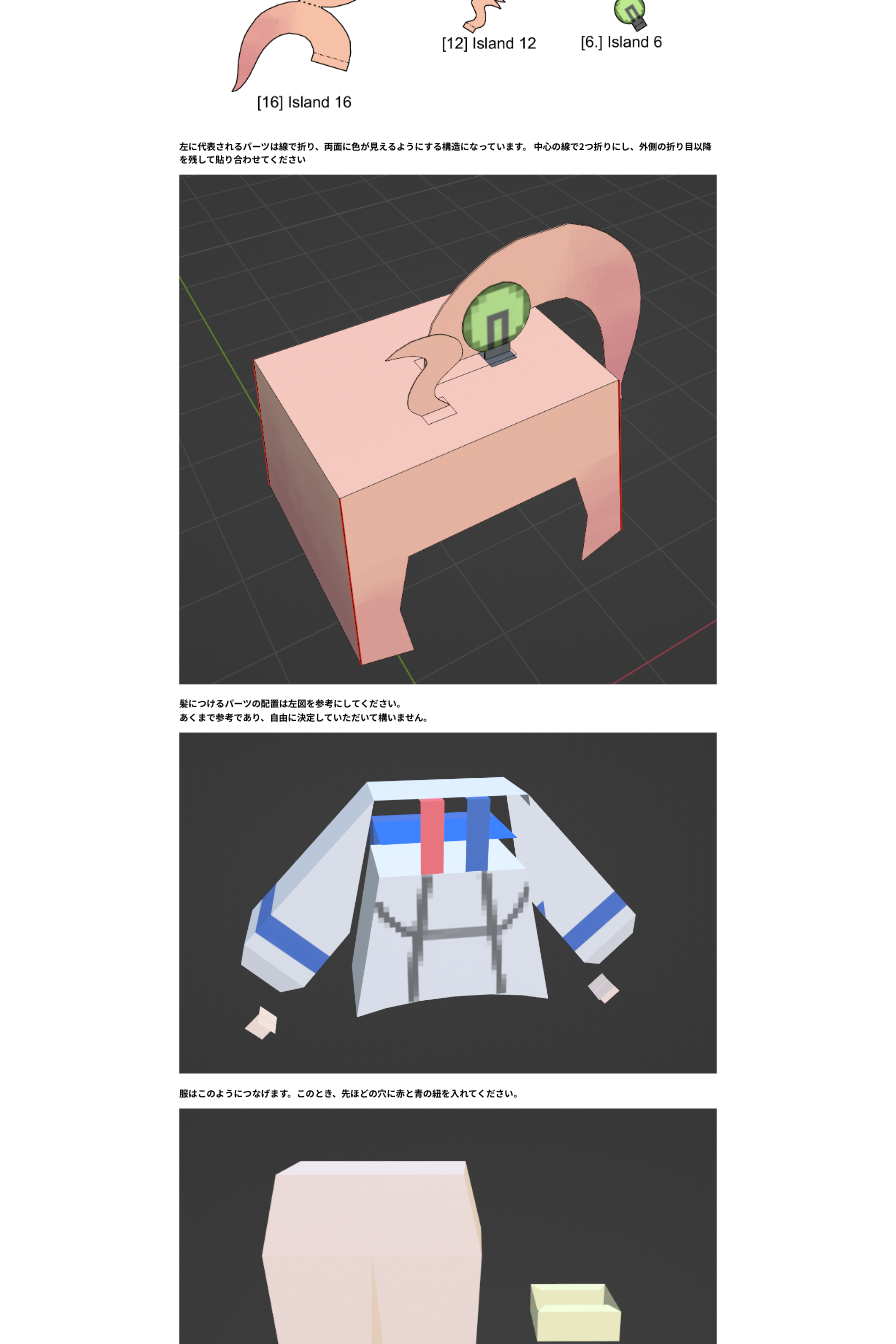
Repository: tdu-src/3D2024_asahisai
Page: html/Memori.html
The author's editor kept a copy of each file at every save. The page is drawn from the files as they stood at one save, then again after the next save.
The browser window is 1280 px wide. The pictures show the part of the page from y = 3551 to 5471 px (the page is 6029 px tall before and 6021 px after), at 70% of full size.
Some web fonts or font styles are not loaded; a fallback is used.

Above is the page before, as saved 2024-10-30 22:49:36.

### html/Memori.html
<!doctype html>
<html lang="ja">
    <head>
        <meta charset="UTF-8">
        <meta name="viewport" content="width=device-width">
        <title>ソフきゃら！特設サイト</title>
        <link rel="icon" href="../images/favicon.svg" type="image/svg+xml">
        <link res="stylesheet" href="https://unpkg.com/ress/dist/ress.min.css">
        <link href="../css/style.css" rel="stylesheet">
        <link href="../css/char.css" rel="stylesheet">
        <!---------------font data--------------->
            <!--Passion one-->
        <link rel="preconnect" href="https://fonts.googleapis.com">
        <link rel="preconnect" href="https://fonts.gstatic.com" crossorigin>
        <link href="https://fonts.googleapis.com/css2?family=Passion+One:wght@400;700;900&display=swap" rel="stylesheet">
            <!--Noto Sans Japanese-->
        <link rel="preconnect" href="https://fonts.googleapis.com">
        <link rel="preconnect" href="https://fonts.gstatic.com" crossorigin>
        <link href="https://fonts.googleapis.com/css2?family=Noto+Sans+JP:wght@100..900&family=Passion+One:wght@400;700;900&display=swap" rel="stylesheet">
            <!--Public Sans-->
        <link rel="preconnect" href="https://fonts.googleapis.com">
        <link rel="preconnect" href="https://fonts.gstatic.com" crossorigin>
        <link href="https://fonts.googleapis.com/css2?family=Noto+Sans+JP:wght@100..900&family=Passion+One:wght@400;700;900&family=Public+Sans:ital,wght@0,100..900;1,100..900&display=swap" rel="stylesheet">
    </head>
    <body>
        <header>
            <div class="header-content-wrapper">
                <div>
<!--------------------ソフ研アイコン-------------------->
                    <div class="header-content">
                        <svg class="src-icon" xmlns="http://www.w3.org/2000/svg" viewBox="0 0 647.76 403.25">
                            <g>
                                <path d="M324,24.3s-117.82-52.05-209.1-3.79C28.83,66.02-1.49,142.38.06,199.94c2.14,79.54,39.77,124.56,80.39,159.85,37.15,32.27,142.79,70.6,243.55,16.05v-59.09c-45.45,34.72-130.2,44.5-183.34,17.42-53.59-27.3-84.85-71.97-85.61-127.28-.76-55.31,25.05-101.96,66.72-129.24,41.67-27.27,115.87-39.48,202.24,4.23V24.3Z"/>
                                <path d="M197.67,142.11c-11.68-20.21-55.55-28.04-69.32-3.03-15.44,28.05,2.83,47.13,20.56,55.39,17.56,8.19,41.3,17.97,33.8,42.15-7.17,23.09-43.61,16.7-50.57-9.09l-16.48,4.55c1.61,6.91,15.53,38.26,43.37,37.88,27.84-.38,40.01-17.18,42.62-39.02,3.03-25.38-19.14-40.02-36.19-47.79-17.05-7.77-34.32-18.16-21.39-35.36,9.13-12.15,34.97-3.69,40.53,6.63l13.07-12.31Z"/>
                                <path d="M255.98,127.47l-29.02.16v138.03h16.22v-57.01h4.44l35.68,57.01h19.32l-37.83-59.43s35.6-4.76,35.41-39.97c-.12-21.89-19.8-38.64-44.22-38.79h0ZM247.21,143.9c20.48.24,35.47,5.28,35.1,24.48-.38,19.92-17.12,24.85-39.12,24.66v-49.13c1.41-.02,2.66-.03,4.02-.01h0Z"/>
                                <path d="M360.05,109.81c-4.79-8.28-23.3-10.83-29.51-1.53-7.29,10.92,1.16,19.32,8.43,22.71,7.2,3.36,18.77,7.45,14.96,17.03-3.67,9.21-19.22,7.05-22.07-3.53l-6.75,1.86c.66,2.83,6.28,14.37,17.69,14.77,11.61.41,17.9-6.09,18.97-15.04,1.24-10.41-5.97-15.54-16.44-19.92-7.08-2.97-13.6-7.45-8.57-14.36,3.67-5.04,15.33-1.98,18.37,2.29l4.93-4.28Z"/>
                                <path d="M389.07,122.8c-10.48,0-18.98,8.5-18.98,18.98h0c0,10.48,8.5,18.98,18.98,18.98h0c10.48,0,18.98-8.5,18.98-18.98h0c0-10.48-8.5-18.98-18.98-18.98h0ZM389.34,129.45c6.59,0,11.92,5.34,11.92,11.92,0,6.58-5.34,11.92-11.92,11.92-6.58,0-11.92-5.34-11.92-11.92,0-6.59,5.34-11.92,11.92-11.92h0Z"/>
                                <path d="M432.34,102.2c-6.68-.06-11.12,5.6-11.01,9.73.04,1.59.05,6.3.05,11.97h-6.76v5.98h6.76c0,13.8-.05,30.08-.05,30.08h6.84v-30.08h10.45v-5.98h-10.45v-10.36c-.4-5.7,8.52-5.1,10.26-2.95v-6.84c-2.17-1.07-4.22-1.54-6.09-1.55h0Z"/>
                                <path d="M454.37,113.47v10.43h-5.98v6.26h5.98v29.69h6.55v-29.69h7.59v-6.26h-7.59v-10.43h-6.55Z"/>
                                <path d="M474.48,123.5l16.76,35.89,9.94-21.92,9.75,21.92,16.95-35.89h-5.97l-10.61,23.01-10.23-23.01s-9.66,23.2-10.04,23.01c-.38-.19-10.98-23.01-10.98-23.01h-5.59Z"/>
                                <path d="M548.22,123.52c-9.3,0-16.83,8.37-16.83,18.69,0,10.32,7.54,18.68,16.83,18.69,5.81,0,11.21-3.34,14.28-8.82v7.68h6.64v-35.76h-6.64v8.33c-3.07-5.47-8.47-8.8-14.28-8.8ZM551.18,129.02c6.7-.02,12.15,5.69,12.17,12.78,0,7.09-5.43,12.82-12.13,12.83s-12.14-5.72-12.15-12.78c-.01-7.07,5.41-12.81,12.11-12.83h0Z"/>
                                <path d="M602.37,123.49c-6.3-.1-9.16,1.97-12.93,9.43v-8.93h-6.74v35.67h6.74v-21.36c2.72-5.76,6.84-9.87,12.58-7.85l1.68-6.91-1.32-.05h0Z"/>
                                <path d="M629.11,123.07c-11.78,0-18.22,8.9-18.22,18.97,0,8.65,6,17.98,18.55,17.98,8.28,0,12.34-3.92,15.33-7.05l-4.4-3.89c-2.28,3.32-8.5,7.02-16.8,3.74-6.53-2.58-6.95-10.18-6.95-10.18h31.12c0-7.11-5.07-19.58-18.64-19.58h0ZM629.08,129.12c6.36,0,11.29,6.36,11.29,8.35h-23.14c0-3.89,5.5-8.35,11.86-8.35Z"/>
                                <path d="M341.58,172.18l-12.54.07v55.16h7.01v-22.78h1.92l15.42,22.78h8.35l-16.34-23.75s15.38-1.9,15.3-15.97c-.05-8.74-8.55-15.44-19.11-15.5h0ZM337.78,178.74c8.85.1,15.32,2.11,15.17,9.78-.16,7.96-7.4,9.93-16.9,9.86v-19.63h1.74s0,0,0,0Z"/>
                                <path d="M386.91,190.98c-11.78,0-18.22,8.9-18.22,18.98,0,8.65,6,17.98,18.55,17.98,8.28,0,12.34-3.92,15.33-7.05l-4.4-3.89c-2.28,3.32-8.5,7.02-16.79,3.74-6.53-2.58-6.95-10.18-6.95-10.18h31.12c0-7.11-5.07-19.58-18.64-19.58h0ZM386.88,197.03c6.36,0,11.29,6.35,11.29,8.35h-23.14c0-3.89,5.5-8.35,11.86-8.35Z"/>
                                <path d="M434.81,195.46c-3.23-5.18-14.98-7.37-20.02-.42-4.93,6.81.5,12.39,5.77,14.89,4.78,2.26,11.12,4.12,8.94,9.03-1.97,4.44-8.12,3.84-12.79.07l-5.31,2.4c3.29,3.38,6.97,6.11,11.63,6.11,7.82,0,12.06-3.8,12.78-9.4.84-6.5-4.03-9.71-11.08-12.45-4.77-1.85-7.09-4.65-4.84-7.44,2.52-3.11,9.05-1.45,11.1,1.22l3.8-4.01Z"/>
                                <path d="M463.1,191.24c-11.78,0-18.22,8.9-18.22,18.98,0,8.65,6,17.98,18.55,17.98,8.28,0,12.34-3.92,15.33-7.05l-4.4-3.89c-2.28,3.32-8.5,7.02-16.79,3.75-6.53-2.58-6.95-10.18-6.95-10.18h31.12c0-7.11-5.07-19.58-18.65-19.58h0ZM463.07,197.29c6.36,0,11.29,6.35,11.29,8.35h-23.14c0-3.89,5.5-8.35,11.86-8.35h0Z"/>
                                <path d="M506.35,191.3c-9.3,0-16.84,8.37-16.84,18.68,0,10.32,7.54,18.69,16.83,18.69h0c5.81,0,11.21-3.34,14.28-8.82v7.69h6.64v-35.76h-6.64v8.32c-3.07-5.47-8.47-8.79-14.28-8.8h0ZM509.31,196.8c6.7-.02,12.15,5.69,12.17,12.78,0,7.09-5.43,12.82-12.13,12.83s-12.14-5.72-12.15-12.79,5.41-12.81,12.11-12.83h0Z"/>
                                <path d="M563.15,191.91c-6.3-.1-9.16,1.97-12.94,9.44v-8.93h-6.74v35.66h6.74v-21.36c2.72-5.76,6.84-9.87,12.58-7.86l1.68-6.91-1.32-.05h0Z"/>
                                <path d="M602.96,193s-10.49-4.78-18.62-.35c-7.66,4.18-10.37,11.19-10.23,16.48.19,7.3,3.54,11.44,7.16,14.68,3.31,2.97,12.65,6.48,21.62,1.47l.07-7.84c-4.71,3.09-11.91,5.42-16.33,2.4-5.04-3.44-6.22-5.68-6.55-10.75-.26-3.94,2.36-7.89,6.07-10.4s9.05-2.15,16.87,1.59l-.07-7.29Z"/>
                                <path d="M613.56,171.09v56.12h7.37v-19.22c0-3.88,2.41-11.79,9.37-11.79s7.5,6.16,7.5,9.24v21.76h7.1v-25.39c-.14-3.5-3.71-11.37-11.65-11.37s-12.46,6.96-12.46,6.96v-26.32h-7.23Z"/>
                                <path d="M367.73,242.62s-17.21-7.6-30.54-.55c-12.57,6.65-17,17.8-16.78,26.21.31,11.62,5.81,18.2,11.74,23.35,5.43,4.71,20.75,10.31,35.46,2.34l.11-8.63c-6.64,5.07-19.02,6.5-26.78,2.55-7.83-3.99-12.39-10.51-12.51-18.59-.11-8.08,3.66-14.89,9.75-18.88,6.09-3.98,17.04-5.77,29.65.62l-.11-8.41Z"/>
                                <path d="M382.4,240.13h7.23v55.98h-7.23v-55.98Z"/>
                                <path d="M406.2,260.96v23.11c0,6.17,6.06,13.16,14.96,13.16,9.75,0,15.72-6.99,15.72-12.5v-23.77h-7.01v22.63c0,3.23-3.98,7.67-8.43,7.67s-8.62-3.31-8.62-7.77v-22.54h-6.63Z"/>
                                <path d="M446.88,240.82v56.09h6.87v-7.68c3.17,5.48,8.88,7.87,14.89,7.88,9.61,0,17.27-7.43,17.27-17.74s-7.79-18.69-17.41-18.69c-6,0-11.58,3.33-14.76,8.8v-28.66h-6.86ZM465.44,266.18c6.93.02,12.53,5.76,12.52,12.83-.01,7.07-5.63,12.79-12.56,12.78-6.93,0-12.54-5.74-12.54-12.83.02-7.09,5.66-12.8,12.58-12.78h0Z"/>
                            </g>
                        </svg>
                    </div>
<!--------------------タイトル-------------------->
                    <div class="header-content">
                        <div class="title-wrapper">
                            <h1 class="title">ソフきゃら！ペパクラ</h1>
                        </div>
                    </div>
                </div>
<!--------------------外部リンク-------------------->
                <div>
                    <div class="header-content" id="display-width-big">
                        <div class="ex-site-link-wrapper">
                            <h4 class="ex-site-link">
                                <a href="https://tdu-src.com/">ソフトウェア研究部公式サイト</a>
                            </h4>
                            <h4 class="ex-site-link">
                                <a href="https://sofcharaproject.wixsite.com/official">ソフきゃら！公式サイト</a>
                            </h4>
                        </div>
                    </div>
                    <div class="header-content" id="display-width-small">
                        <nav>
                            <input id="menu-toggle" type="checkbox" />
                            <label class="menu-btn" for="menu-toggle">
                                <span>
                                    <div></div>
                                </span>
                            </label>
                            <div class="empty-item"></div>
                            <ul class="menu-box">
                            <li class="menu-item" id="first-item"><a href="https://tdu-src.com/" class="hidden-item">ソフトウェア研究部公式サイト</a></li>
                            <li class="menu-item"><a href="https://sofcharaproject.wixsite.com/official" class="hidden-item">ソフきゃら！公式サイト</a></li>
                            </ul>
                        </nav>
                    </div>
                </div>
            </div>
        </header>
        <main>
<!--------------------メインページ遷移-------------------->
            <section id="return-prepage">
                <h3 class="paragraph-content">
                    <a href="../index.html">&lt; トップページに戻る</a>

                    </h3>
            </section>
<!--------------------作品概要+ダウンロードリンク-------------------->
            <section class="explain-content-wrapper" id="explain-content-first">
                <h2 class="paragraph-title">ペーパークラフトダウンロード</h2>
                <div class="explain-content">
                    <div id="download-image">
                        <img src="../images/papercraft/Memori.png" alt="紀井めもりのペーパークラフト" class="big-height">
                    </div>
                    <div>
                        <div class="explain-content-sentence">
                            <h3 class="paragraph-content">
                                キャラクター名：紀井めもり
                            </h3>
                            <h3 class="paragraph-content">
                                制作難易度：★★
                            </h3>
                            <h3 class="paragraph-content">
                                ペーパークラフト設計者：とぅな
                            </h3>
                            <h3 class="paragraph-content" id="download-content">
                                <a href="../images/pdf-data/Memori.pdf" download="Memori.pdf" id="download-button">ダウンロード</a>
                            </h3>
                        </div>
                    </div>
                </div>
            </section>
<!--------------------組み立て説明-------------------->
            <section class="explain-content-wrapper">
                <h2 class="paragraph-title">組み立て方</h2>
                <div class="explain-content">
                    <div>
                        <img src="../images/description/all/1.png" alt="ペーパクラフトの組み立て方1" class="big-height">
                    </div>
                    <div>
                        <div class="explain-content-sentence">
                            <h3 class="paragraph-content">
                                ひとつのパーツは基本的に独立しており、
                                のりしろの数字と外側の矢印の番号がつながります。
                            </h3>
                        </div>
                    </div>
                </div>
                <div class="explain-content">
                    <div>
                        <img src="../images/description/all/2.png" alt="ペーパクラフトの組み立て方2" class="big-width">
                    </div>
                    <div>
                        <div class="explain-content-sentence">
                            <h3 class="paragraph-content">
                                稀に左の図のような"16:3"といった記述がありますが、
                                そのときは、左の数字(この例では16)のアイランドの中の右(この例では3)の数字が付けるべき場所になります。
                            </h3>
                        </div>
                    </div>
                </div>
                <div class="explain-content">
                    <div>
                        <img src="../images/description/Memori/1.png" alt="紀井めもりのパーツの分類図" class="big-width">
                    </div>
                    <div>
                        <div class="explain-content-sentence">
                            <h3 class="paragraph-content">
                                それぞれのパーツはpdfページごとに大きく分類されています。<br>
                                1ページ目から順に、下半身, 上半身, 頭部となっています。<br>
                                このとき、アイランド11は赤の囲い内にある黒い実線に切り込みを入れるようにしてください。
                            </h3>
                        </div>
                    </div>
                </div>
                <div class="explain-content">
                    <div>
                        <img src="../images/description/Memori/2.png" alt="桟橋セリフのパーツの説明" class="big-width">
                    </div>
                    <div>
                        <div class="explain-content-sentence">
                            <h3 class="paragraph-content">
                                左に代表されるパーツは線で折り、両面に色が見えるようにする構造になっています。
                                中心の線で2つ折りにし、外側の折り目以降を残して貼り合わせてください<br>
                            </h3>
                        </div>
                    </div>
                </div>
                <div class="explain-content">
                    <div>
                        <img src="../images/description/Memori/3.png" alt="紀井めもりの髪の結合図" class="big-width">
                    </div>
                    <div>
                        <div class="explain-content-sentence">
                            <h3 class="paragraph-content">
                                髪につけるパーツの配置は左図を参考にしてください。<br>
                                あくまで参考であり、自由に決定していただいて構いません。
                            </h3>
                        </div>
                    </div>
                </div>
                <div class="explain-content">
                    <div>
                        <img src="../images/description/Memori/4.png" alt="紀井めもりの上半身の結合図" class="big-width">
                    </div>
                    <div>
                        <div class="explain-content-sentence">
                            <h3 class="paragraph-content">
                                服はこのようにつなげます。このとき、先ほどの穴に赤と青の紐を入れてください。
                            </h3>
                        </div>
                    </div>
                </div>
                <div class="explain-content">
                    <div>
                        <img src="../images/description/Memori/5.png" alt="紀井めもりの足の結合図" class="big-width">
                    </div>
                    <div>
                        <div class="explain-content-sentence">
                            <h3 class="paragraph-content">
                                足は靴と靴下, 靴下の折り目が付きます。
                                左図のようにできたらすべてのパーツを組み合わせて完成です。
                            </h3>
                        </div>
                    </div>
                </div>
            </section>
        </main>
        <footer>
<!--------------------各種リンク-------------------->
            <div class="footer-content">
                <div class="sns-links">
                    <a href="https://x.com/sofken_tdu">
                        <svg class="sns-icon" viewBox="0 0 1200 1227" xmlns="http://www.w3.org/2000/svg" aria-hidden="true" role="none" class="u01b__icon-home">
                            <g><path d="M714.163 519.284L1160.89 0H1055.03L667.137 450.887L357.328 0H0L468.492 681.821L0 1226.37H105.866L515.491 750.218L842.672 1226.37H1200L714.137 519.284H714.163ZM569.165 687.828L521.697 619.934L144.011 79.6944H306.615L611.412 515.685L658.88 583.579L1055.08 1150.3H892.476L569.165 687.854V687.828Z"></path></g>
                        </svg>
                    </a>
                    <a href="https://tdu-src.com/">
                        <svg id="mid-icon" class="sns-icon" viewBox="0 0 150 150" xmlns="http://www.w3.org/2000/svg" aria-hidden="true" role="none" class="u01b__icon-home">
                            <g>
                                <path d="M114.565 8.844s-41.564-18.363-73.766-1.336c-30.362 16.054-41.061 42.992-40.514 63.297.756 28.061 14.03 43.943 28.36 56.391 13.107 11.385 50.374 24.905 85.92 5.661v-20.847c-16.035 12.248-45.931 15.698-64.679 6.147-18.905-9.631-29.934-25.391-30.201-44.901-.267-19.511 8.836-35.971 23.536-45.592 14.7-9.622 40.876-13.928 71.345 1.493z" stroke-width=".529"></path>
                                <path d="M69.998 50.404c-4.119-7.128-19.597-9.893-24.455-1.069-5.448 9.895.999 16.625 7.252 19.542 6.196 2.89 14.571 6.339 11.925 14.869-2.528 8.147-15.384 5.893-17.84-3.207l-5.813 1.604c.568 2.438 5.479 13.497 15.301 13.363 9.822-.134 14.114-6.061 15.034-13.764 1.069-8.954-6.753-14.118-12.767-16.858-6.014-2.74-12.106-6.408-7.546-12.475 3.221-4.285 12.336-1.3 14.299 2.339z" stroke-width=".529"></path>
                                <path d="M90.57 45.24l-10.237.057v48.694h5.722v-20.112h1.565l12.588 20.112h6.814l-13.344-20.964s12.56-1.679 12.493-14.101c-.042-7.721-6.985-13.632-15.6-13.686zm-3.096 5.797c7.224.085 12.513 1.862 12.384 8.637-.134 7.027-6.039 8.767-13.802 8.7v-17.333c.498-.008.937-.01 1.419-.005z" stroke-width="0.53"></path>
                            </g>
                        </svg>
                    </a>
                    <a href="mailto:softwareresearchclub◎gmail.com">
                        <svg class="sns-icon" xmlns="http://www.w3.org/2000/svg"viewBox="0 0 18 14.324">
                            <g>
                                <defs>
                                <style>
                                    .cls-1 {
                                    fill-rule: evenodd;
                                    }
                                </style>
                                </defs>
                                <path id="mail-2" data-name="mail" class="cls-1" d="M3.01,5.838a1,1,0,0,1,1-1H20a1,1,0,0,1,1,1V17.162a2,2,0,0,1-2,2H5a2,2,0,0,1-2-2v-11a1.008,1.008,0,0,1,.01-.14ZM5,8.062v9.1H19v-9.1l-4.878,4.879a3,3,0,0,1-4.243,0ZM6.572,6.806H17.428l-4.721,4.721a1,1,0,0,1-1.414,0Z" transform="translate(-3 -4.838)"/>
                            </g>
                        </svg>
                    </a>
                </div>
            </div>
<!--------------------コピーライト表記-------------------->
            <div class="footer-content" id="cpyright">
                &copy;2024- TDU Software Research Club
            </div>
        </footer>
    </body>
</html>

### css/char.css
@charset "UTF-8";
footer {
  bottom: auto;
}
main {
  width: 100%;
  display: inline-block;
  align-content: space-around;
}
h2 {
  font-size: calc((0.8vw + 6px) * 1.2);
}
h3 {
  font-size: calc((0.8vw + 6px) * 0.8);
}
section {
  margin: 0 20vw;
}
#download-image {
  display: block;
  align-items: center;
}
.big-height {
  width: auto;
  height: 100%;
}
.big-width {
  width: 100%;
  height: auto;
}
.block {
  width: 60vw;
  margin-top: 2.5em;
  display: inline-block;
  align-content: space-around;
}
#block-first {
  margin-top: 0;
}
.block-content {
  display: flex;
  margin-top: 2em;
  gap: 10%;
}
.block-content > div {
  position: relative;
  width: 45%;
  height: 0;
  padding-top: 45%;
  overflow: hidden;
}
.block-content > div > img {
  position: absolute;
  top: 50%;
  left: 50%;
  transform: translate(-50%, -50%);
  -webkit-transform: translate(-50%, -50%);
  -ms-transform: translate(-50%, -50%);
}
.block-content > div > div {
  position: absolute;
  top: 0;
  bottom: 0;
  left: 0;
  right: 0;
}
.block-content > div > h3 {
  text-align: justify;
}
.wrapper {
  display: inline;
  align-content: center;
  overflow: auto;
}
@media (max-width: 550px) {
  .block-content {
    display: block;
    width: 100%;
    justify-items: center;
  }
  .block-content > div {
    width: 80%;
    padding-top: 80%;
  }
  h3 {
    font-size: calc((0.8vw + 6px));
  }
  .block-content > div:nth-of-type(2) {
    padding-top: 60%;
  }
}
#download-content {
  margin-top: 3em;
}
#download-button {
  box-shadow: 2px 2px 4px gray;
  padding: 1em 2em;
  background-image: linear-gradient(60deg, #222, #444);
  border-radius: 1em;
  color: #fff;
}
#download-button:hover {
  box-shadow: 0px 0px 1px gray;
}

Loaded but not shown: css/style.css (611 lines, source omitted)

After the next save:
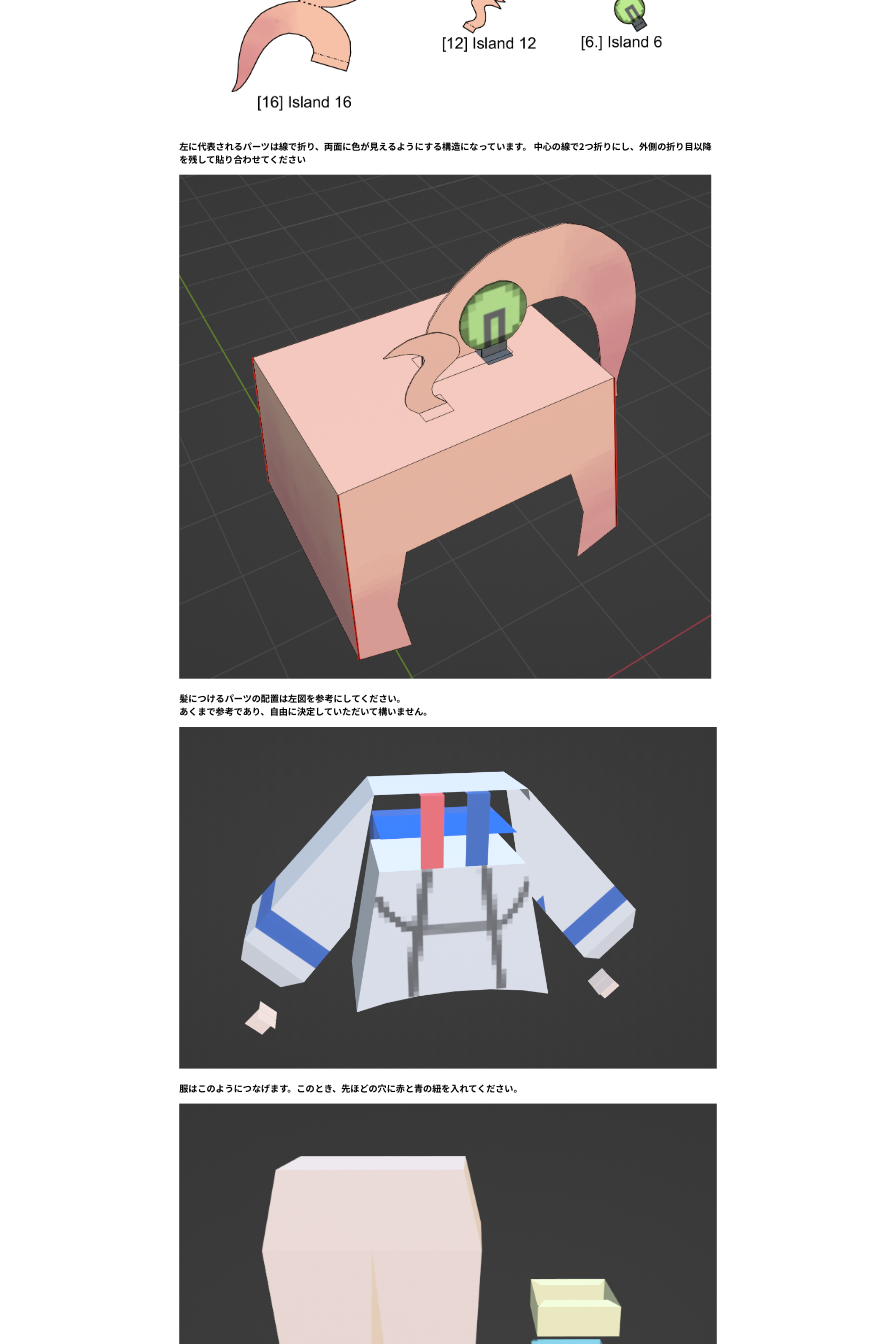
Saved 31 s later.
--- a/html/Memori.html
+++ b/html/Memori.html
@@ -184,7 +184,7 @@
                 </div>
                 <div class="explain-content">
                     <div>
-                        <img src="../images/description/Memori/3.png" alt="紀井めもりの髪の結合図" class="big-width">
+                        <img src="../images/description/Memori/3.png" alt="紀井めもりの髪の結合図" class="big-height">
                     </div>
                     <div>
                         <div class="explain-content-sentence">
